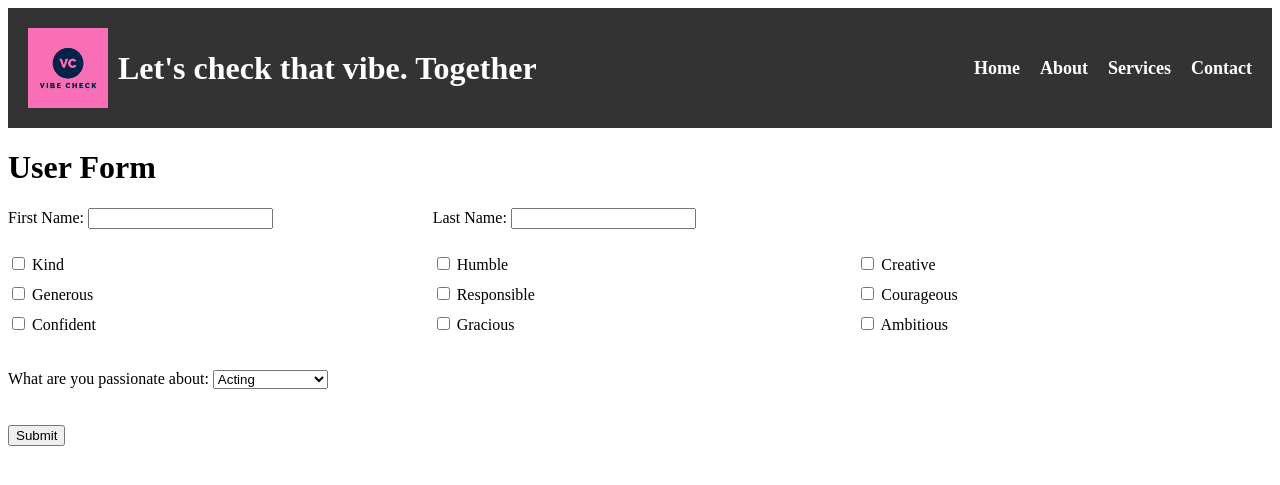
Repository: Chadloswald/Dis-Service
Page: docs/index.html
The author's editor kept a copy of each file at every save. The page is drawn from the files as they stood at one save, then again after the next save.
The browser window is 1280 px wide. The pictures show the whole page.

Above is the page before, as saved 2023-05-02 10:14:04.

After the next save:
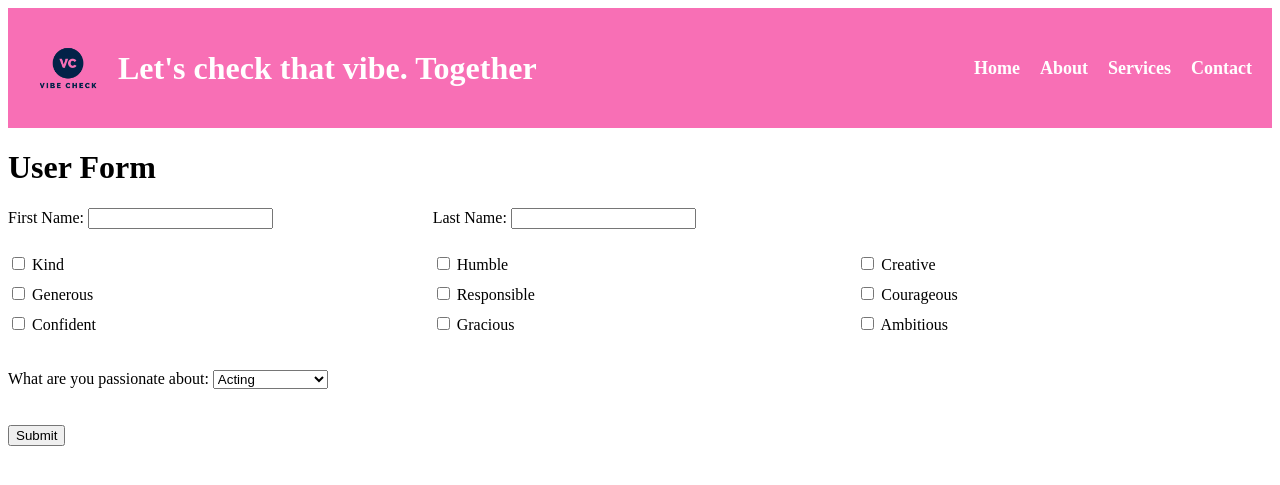
Saved 2 min 51 s later.
--- a/docs/styles.css
+++ b/docs/styles.css
@@ -13,7 +13,7 @@ label {
   }
 
   header {
-	background-color: #333;
+	background-color: #f86fb5;
 	color: #fff;
 	display: flex;
 	justify-content: space-between;
